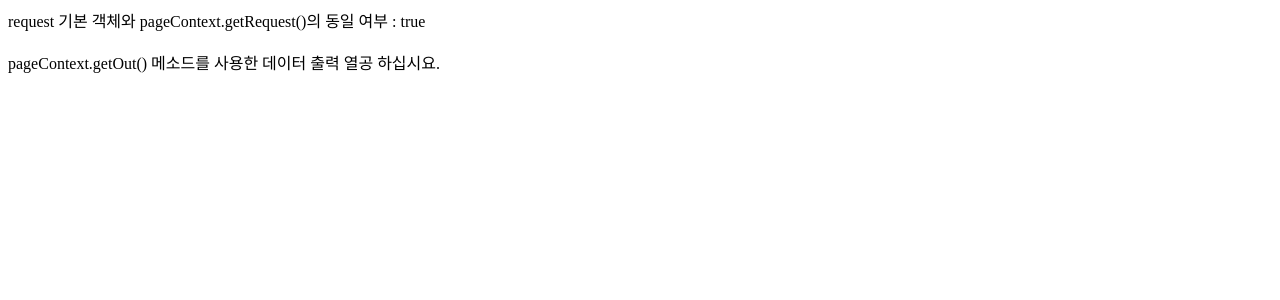
Repository: seminocoe/JSP_STUDY
Page: http://localhost/ServletProject/implicit/pageEx.jsp
The author's editor kept a copy of each file at every save. The page is drawn from the files as they stood at one save, then again after the next save.
The browser window is 1280 px wide. The pictures show the whole page.
The page is served by Tomcat 9. Nobody is signed in. The application's start-up code is not run.

Above is the page before, as saved 2022-08-02 02:50:46.

After the next save:
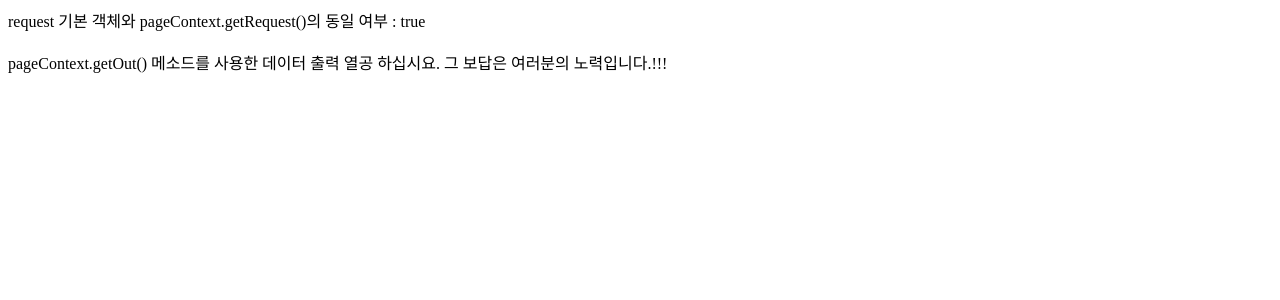
Saved 20 s later.
--- a/ServletProject/src/main/webapp/implicit/pageEx.jsp
+++ b/ServletProject/src/main/webapp/implicit/pageEx.jsp
@@ -15,6 +15,6 @@ request 기본 객체와 pageContext.getRequest()의 동일 여부 :
 <%= request == httpRequest %>
 <br><br>
 pageContext.getOut() 메소드를 사용한 데이터 출력
-<% pageContext.getOut().println("열공 하십시요."); %>
+<% pageContext.getOut().println("열공 하십시요. 그 보답은 여러분의 노력입니다.!!!"); %>
 </body>
 </html>
